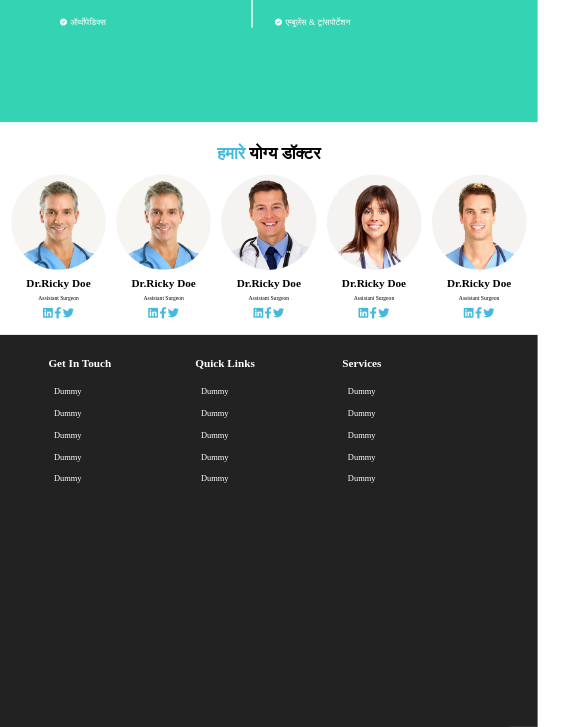
Repository: Aayush919/test
Page: index.html
An editor plug-in stored every save of this project. The page is shown before and after a run of saves, followed by the edit.
The browser window is 768 px wide. The page is 824 px wide, so the pictures cover 824 px, including what lies to the right of the window. The pictures show the part of the page from y = 2918 to 5158 px (the page is 3957 px tall before and 5462 px after), at 70% of full size.

Above is the page before, as saved 2023-10-15 09:04:58.

After the next 2 saves:
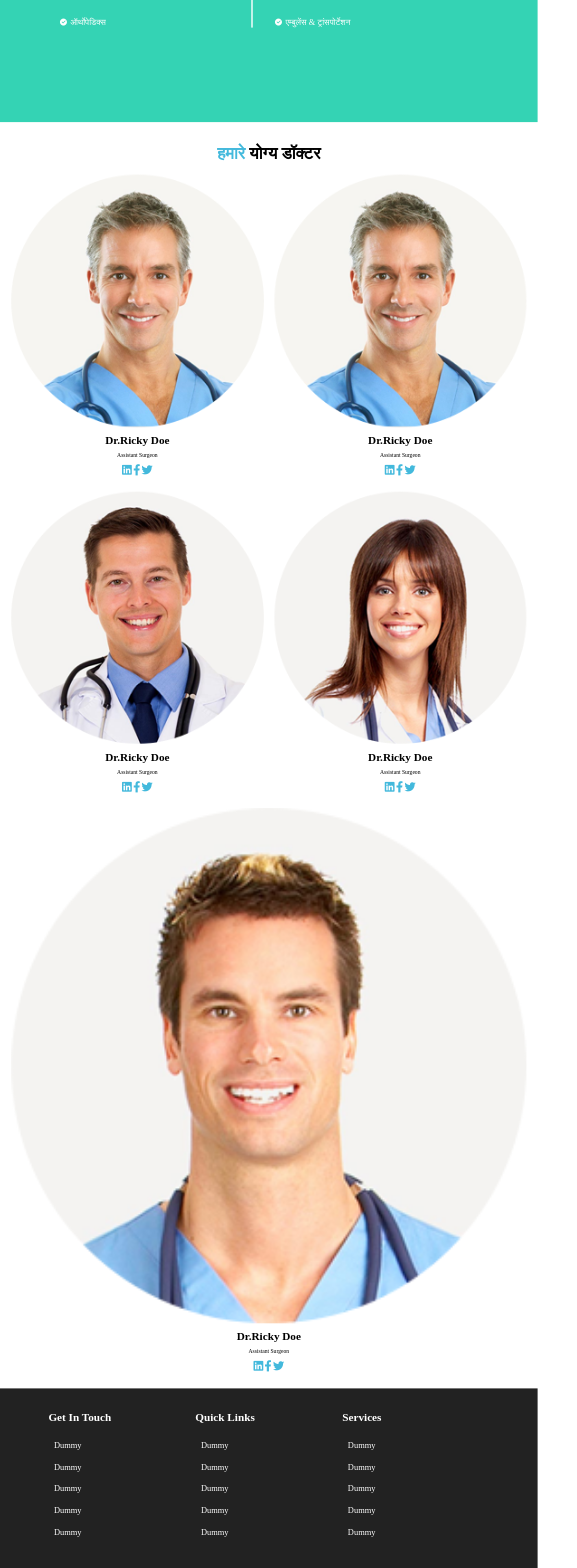
The 2 saves are shown as one change because they came seconds apart.
The last was saved 55 s later.
--- a/style.css
+++ b/style.css
@@ -344,6 +344,12 @@ header .navbar.active{
     justify-content: center;
     font-size: 1.9rem;
 }
+.ourteam-inner{
+    display: flex;
+    flex-wrap: wrap;
+    text-align: center;
+    gap: 15px;
+}
 
 }
 
